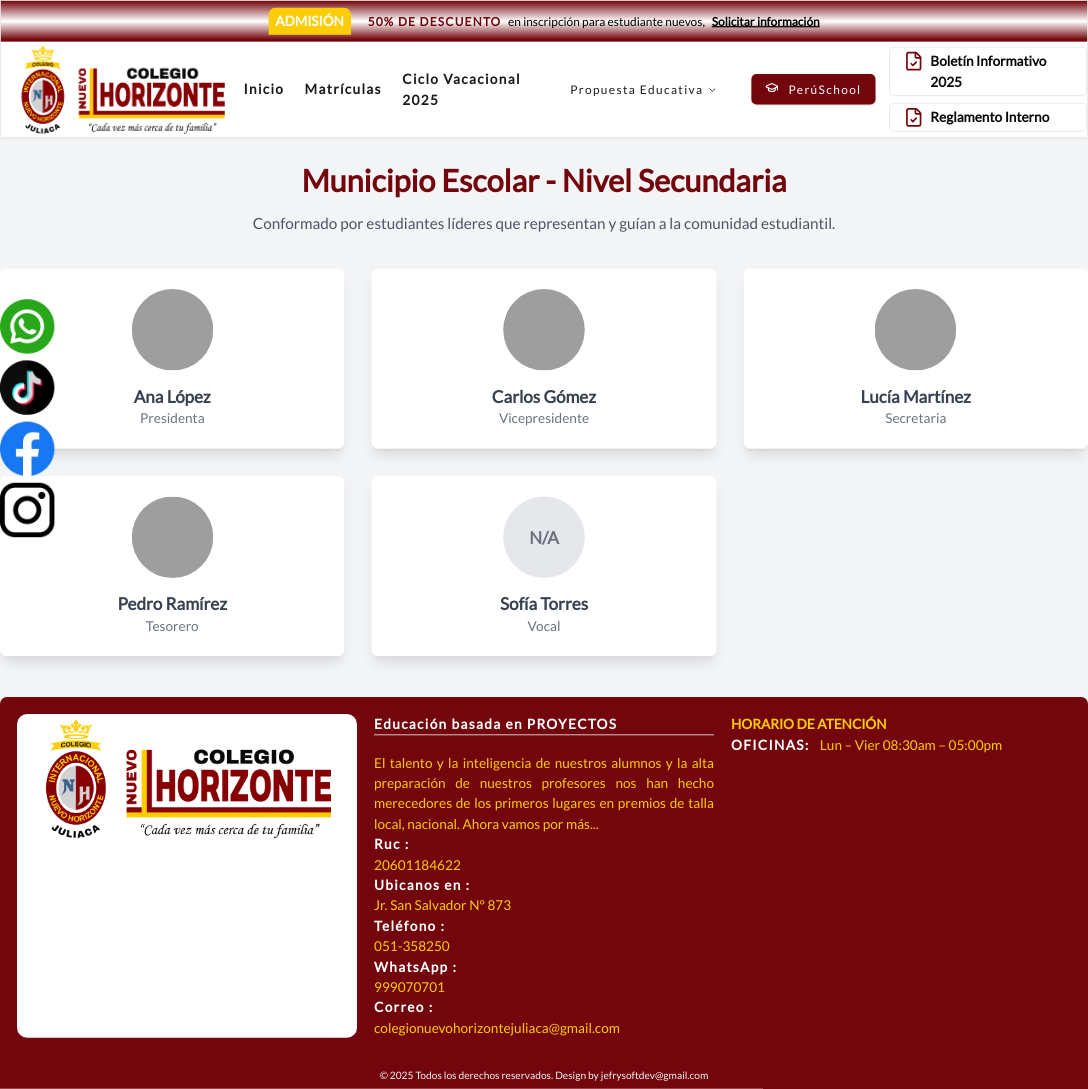
Repository: jefrydep/new_horizont_school
Page: /council
The author's editor kept a copy of each file at every save. The page is drawn from the files as they stood at one save, then again after the next save.
The browser window is 1280 px wide. The pictures show the whole page, at 85% of full size.
Pictures or frames that could not be fetched are drawn as grey boxes. The project was rebuilt for these pictures with package versions that can differ from the ones it lists, and the page was loaded fresh each time. The framework's server and built-in components were replaced by stand-ins that run in the browser. Also part of the build but not shown: next.config.ts.

Above is the page before, as saved 2024-12-09 21:41:06.

After the next save:
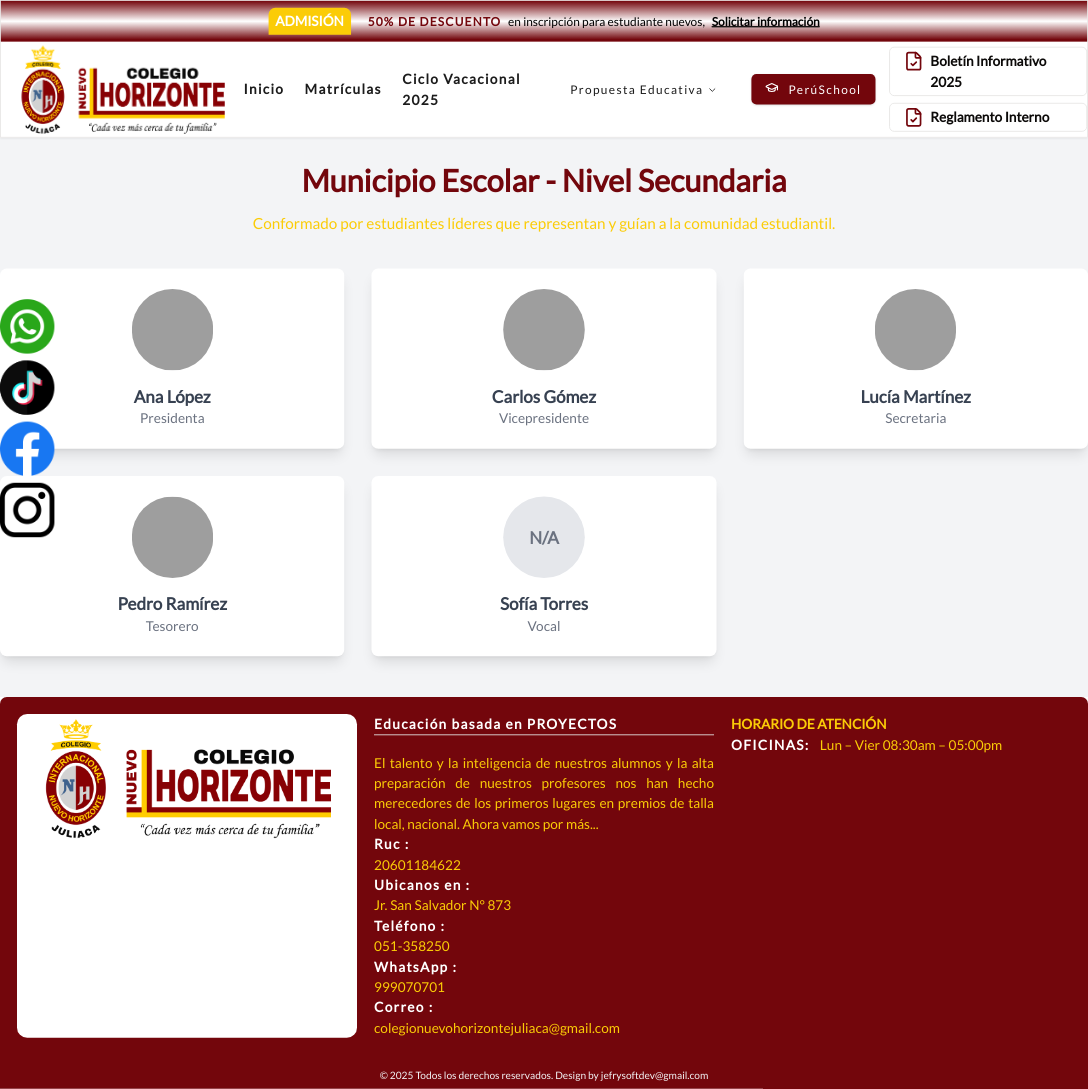
Saved 10 s later.
--- a/src/components/SchoolCouncil.tsx
+++ b/src/components/SchoolCouncil.tsx
@@ -19,7 +19,7 @@ const StudentCouncil: React.FC<Props> = ({ title, description, members }) => {
       <div className="container mx-auto text-center">
         {/* Título y descripción */}
         <h2 className="text-4xl font-bold text-title mb-4">{title}</h2>
-        <p className="text-lg text-gray-600 mb-10">{description}</p>
+        <p className="text-lg text-gray-600 mb-10 text-subtitle">{description}</p>
 
         {/* Miembros del municipio escolar */}
         <div className="grid grid-cols-1 sm:grid-cols-2 lg:grid-cols-3 gap-8">
